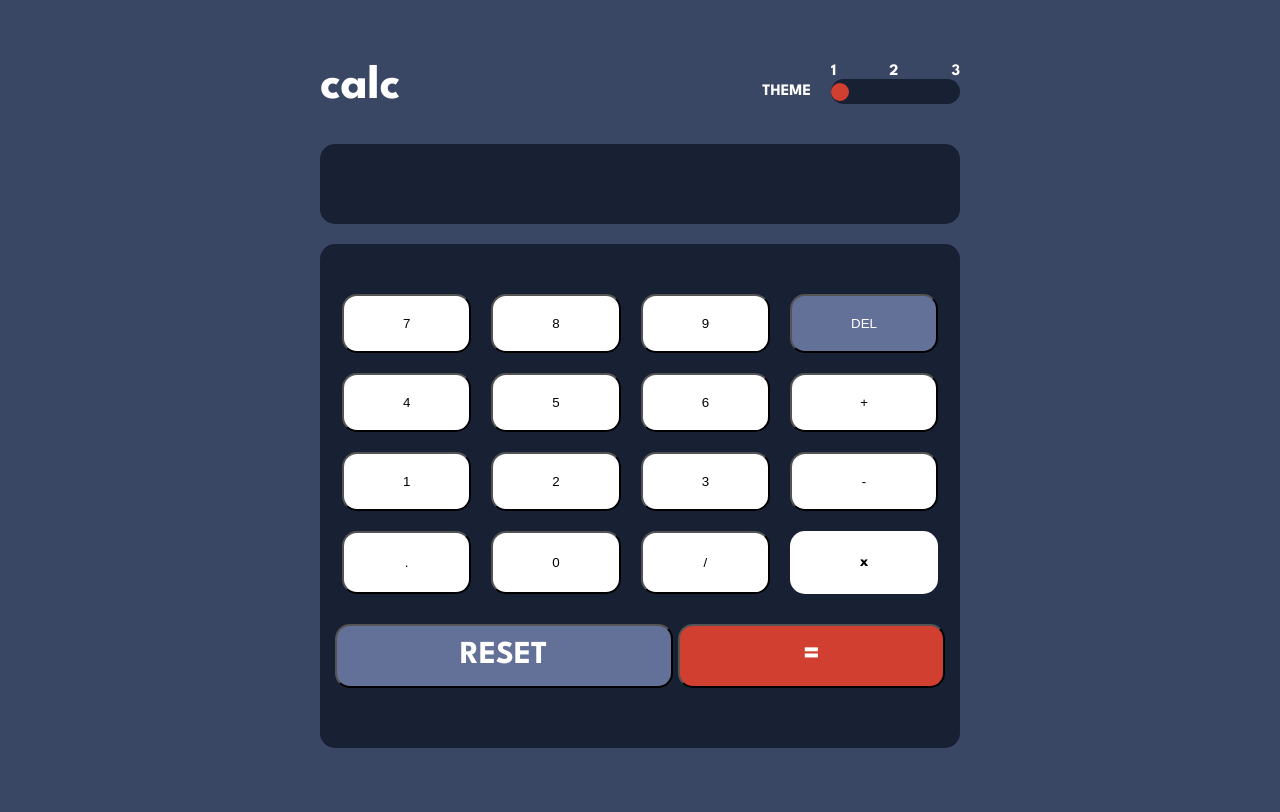
Repository: DevLaukey/calc-with-css-js
Page: index.html
These files come from the project's save history. The page is drawn as it stood at one moment and after the next save; the edit follows.
The browser window is 1280 px wide. The pictures show the whole page.

Above is the page before, as saved 2022-05-26 14:30:41.

After the next save:
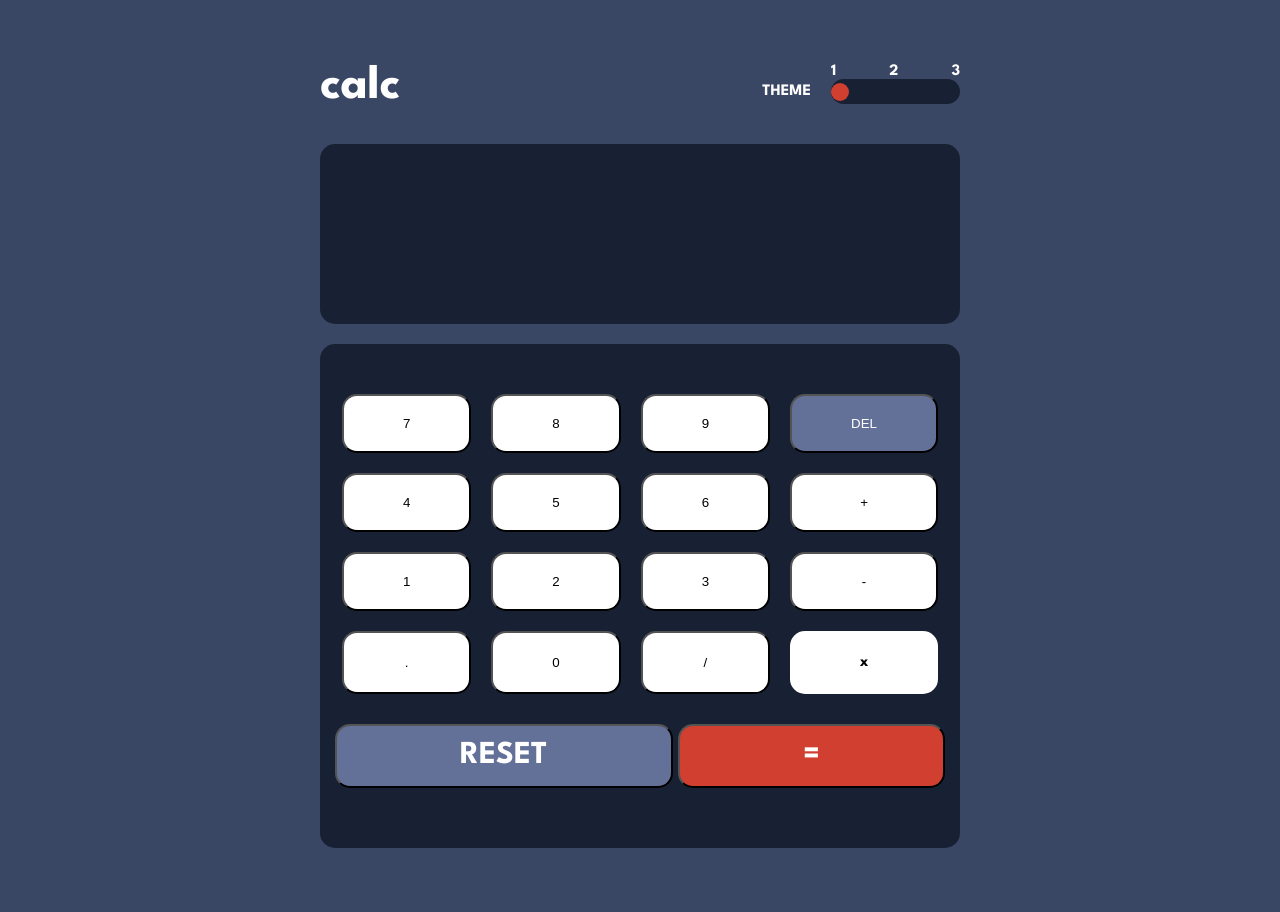
Saved 41 s later.
--- a/index.html
+++ b/index.html
@@ -45,7 +45,7 @@
         </div>
       </header>
       <div class="calculator__display">
-        <p class="text calculator__solution" id="viewer"></p>
+        <p class="text calculator__display" id="viewer"></p>
       </div>
       <div class="calculator__input">
         <div class="calculator__row">

After the save that followed:
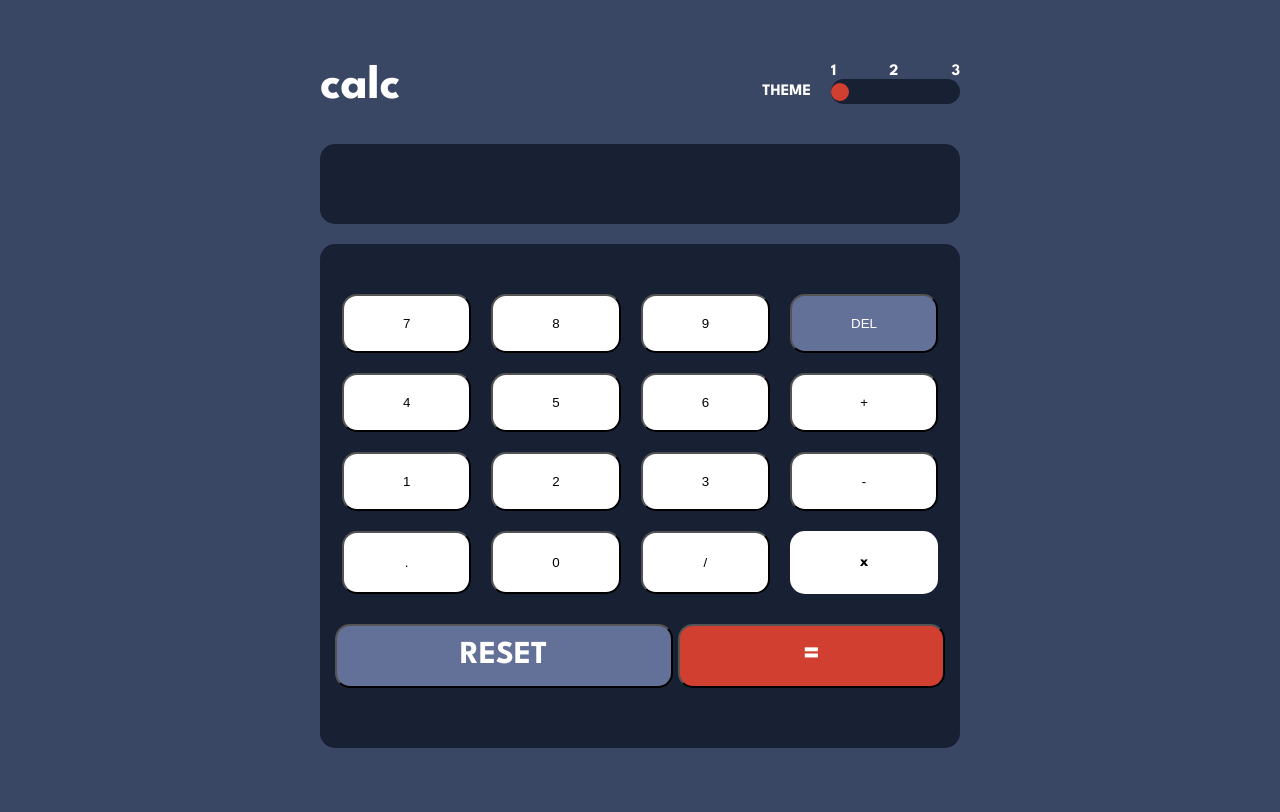
Saved 17 s later.
--- a/index.html
+++ b/index.html
@@ -45,7 +45,7 @@
         </div>
       </header>
       <div class="calculator__display">
-        <p class="text calculator__display" id="viewer"></p>
+        <p class="text calculator__solution" id="viewer"></p>
       </div>
       <div class="calculator__input">
         <div class="calculator__row">
